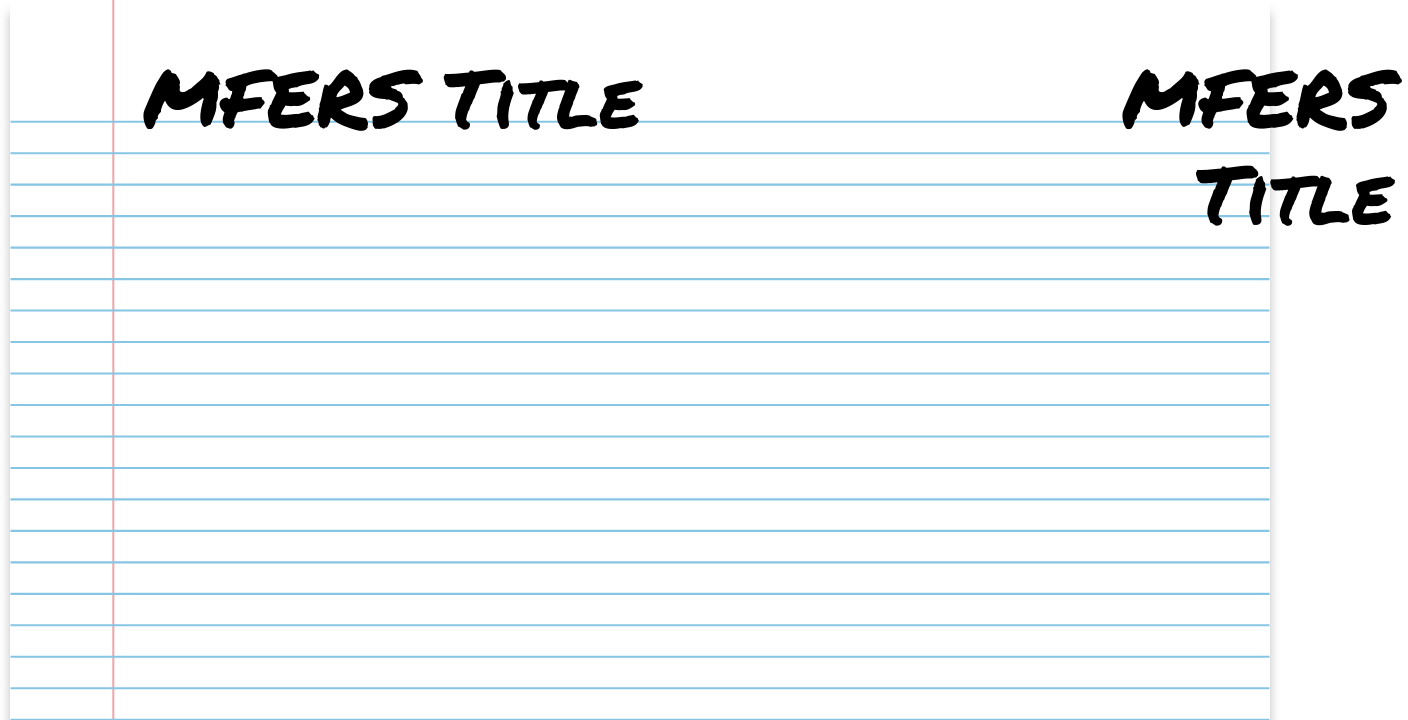
Repository: danishmahmoodawan/mfers
Page: /
These files come from the project's save history. The page is drawn as it stood at one moment and after the next save; the edit follows.
The browser window is 1280 px wide. The page is 1408 px wide, then 1280 px, so the pictures cover 1408 px, including what lies to the right of the window. The pictures show the whole page.
The project was rebuilt for these pictures with package versions that can differ from the ones it lists, and the page was loaded fresh each time.

Above is the page before, as saved 2022-04-05 21:48:44.

After the next save:
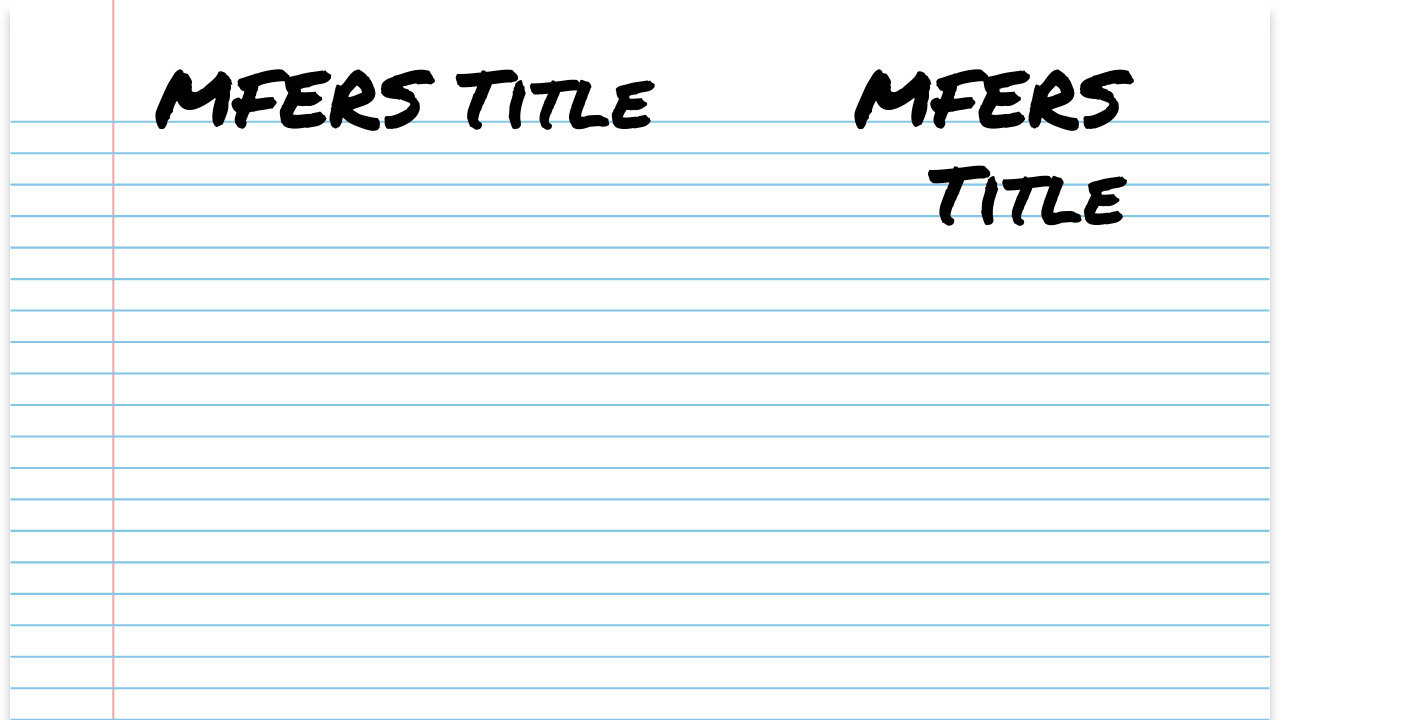
Saved 7 s later.
--- a/public/assets/css/style.css
+++ b/public/assets/css/style.css
@@ -21,7 +21,7 @@
 
 }
 @media only screen and (min-width: 1220px) {
-.container-fluid{
+.adj_row{
 margin-left: 10%;
 margin-right: 10%;
 }
